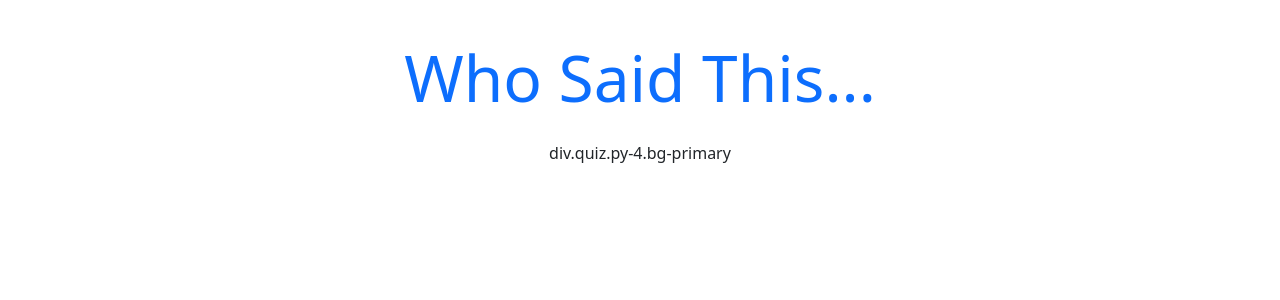
Repository: julihocc/netninja-quiz
Page: index.html
These files come from the project's save history. The page is drawn as it stood at one moment and after the next save; the edit follows.
The browser window is 1280 px wide. The pictures show the whole page.

Above is the page before, as saved 2022-09-27 19:08:37.

After the next save:
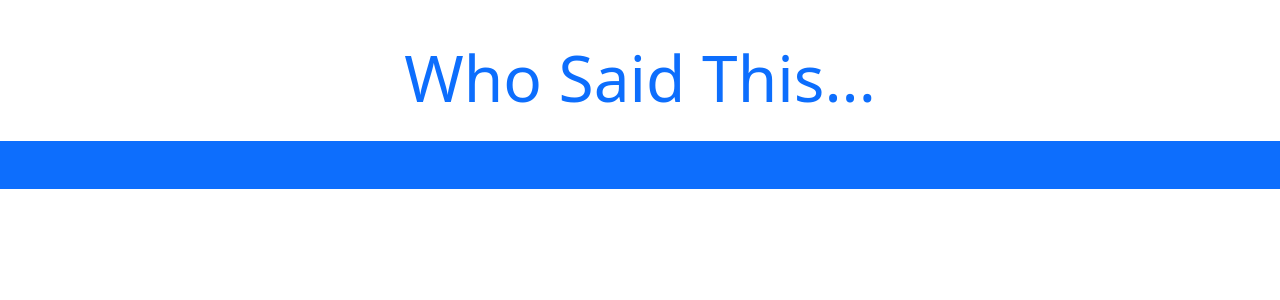
Saved 4 s later.
--- a/index.html
+++ b/index.html
@@ -22,7 +22,9 @@
             </h2>
         </div>
 
-        div.quiz.py-4.bg-primary
+        <div class="quiz py-4 bg-primary">
+
+        </div>
     <script src="app.js"></script>
 </body>
 
